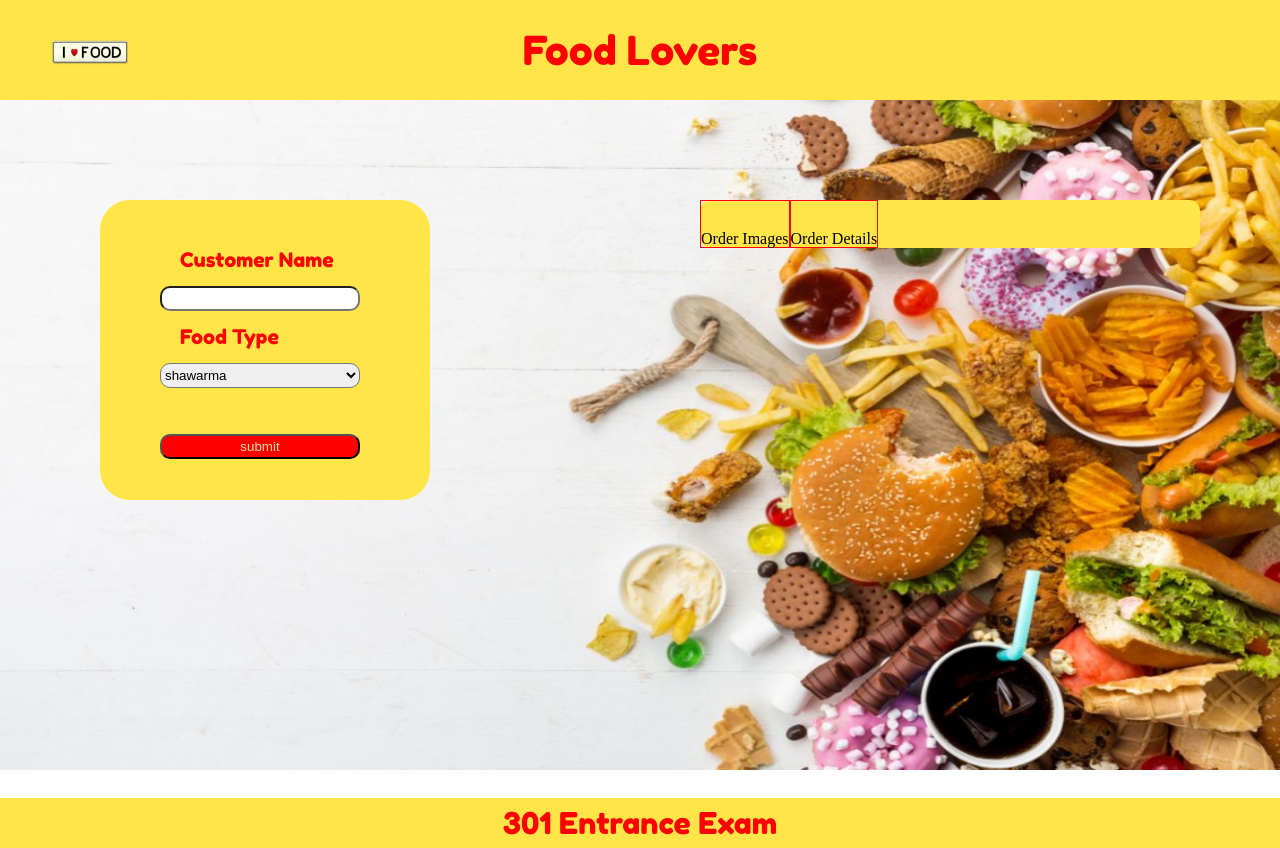
Repository: Razan-am/foodLovers
Page: index.html
The author's editor kept a copy of each file at every save. The page is drawn from the files as they stood at one save, then again after the next save.
The browser window is 1280 px wide. The pictures show the whole page.

Above is the page before, as saved 2021-06-01 11:24:36.

### index.html
<!DOCTYPE html>
<html lang="en">

<head>
    <meta charset="UTF-8">
    <meta http-equiv="X-UA-Compatible" content="IE=edge">
    <meta name="viewport" content="width=device-width, initial-scale=1.0">
    <title>Food Lovers</title>
    <link rel="preconnect" href="https://fonts.gstatic.com">
    <link href="https://fonts.googleapis.com/css2?family=Fredoka+One&display=swap" rel="stylesheet">
    <link rel="stylesheet" href="css/reset.css">
    <link rel="stylesheet" href="css/style.css">
</head>

<body>
    <header>
        <h1>Food Lovers</h1>
        <img src="images/css images/logo.png" alt="logo">
    </header>
    <main>
        <form action="" id="myForm">
            <fieldset>
                <label for="name">Customer Name</label>
                <br/><br/>
                <input type="text" id="name" name="name">
                <br/><br/>
                <label for="food">Food Type</label>
                <br/><br/>
                <select name="food" id="food">
                    <option value="shawarma">shawarma</option>
                    <option value="pizza">pizza</option>
                    <option value="burger">burger</option>
                </select>
                <br/><br/>
                <input type="submit" value="submit">
            </fieldset>
        </form>
        <table id="myTable">
            <tr>
                <th>Order Images</th>
                <th>Order Details</th>
            </tr>
        </table>
        <img src="images/css images/background.jpg" alt="backGround">
    </main>
    <footer>
        <p>301 Entrance Exam </p>
    </footer>
    <script src="js/app.js"></script>
</body>

</html>

### css/style.css
*{
    box-sizing: border-box;
}
header{
    background-color: rgba(255, 229, 72, 255);
    height: 100px;
}
h1{
    font-family: 'Fredoka One', cursive;
    color: red;
    text-align: center;
    font-size: 40px;
    font-weight: lighter;
    padding-top: 30px;
}

header img{
    top: 2px;
    left: 30px;
    position: absolute;
    width: 120px;
    height: 100px;
}
main img{
    top: 50px;
    position: absolute;
    z-index: -1;
    width: 100%;
    height: 100%;
}
form{
    display: inline-block;
    background-color:  rgba(255, 229, 72, 255);
    margin-top: 100px;
    margin-left: 100px;
    width: 330px;
    height: 300px;
    border-radius: 30px;
}
form label{
    top: 50px;
    position: relative;
    padding-left: 80px;
    font-size: 20px;
    color: red;
    font-family: 'Fredoka One', cursive;
}
form input{
    top: 50px;
    position: relative;
    margin-left: 60px;
    width: 200px;
    height: 25px;
    border-radius: 10px;
}
form select{
    top: 50px;
    position: relative;
    margin-left: 60px;
    width: 200px;
    height: 25px;
    border-radius: 10px;
    margin-bottom: 30px;
}
form input:last-of-type{
    background-color: red;
    color: wheat;
}
table{
    background-color: rgba(255, 229, 72, 255) ;
    top: -300px;
    position: relative;
    margin-left: 700px;
    width: 500px;
    border-radius: 10px;

}
table th{
    display: inline-block;
    padding-top: 30px;
    border: 1px solid red;
}
table img{
    width: 50px;
    height: 50px;
    z-index: 1;
}
table p{
    color: black;
    font-family: 'Fredoka One', cursive;
}
footer{
    background-color: rgba(255, 229, 72, 255);
    margin-top: 250px;
    height: 50px;
}
footer p{
    text-align: center;
    color: red;
    font-size: 30px;
    padding-top: 10px;
    font-family: 'Fredoka One', cursive;
}

### js/app.js
'use strict';

let myForm = document.getElementById('myForm');
let myTable = document.getElementById('myTable');


let mainArr = [];
function Foods(userName,foodType){
    this.userName=userName;
    this.foodType=foodType;
    this.img=`images/${foodType}.jpg`
    mainArr.push(this);
}
console.log(mainArr);

myForm.addEventListener('submit',handleEvent);
function handleEvent(event){
    event.preventDefault();

    let userName = event.target.name.value;
    let foodType = event.target.food.value;
    console.log(foodType);
    new Foods(userName,foodType);
    setting();
    render();
}

function randomNumber(min,max){
    min = Math.ceil(min);
    max = Math.floor(max);
    return Math.floor(Math.random() * (max - min) + min)
}

function render(){
    let tBody = document.createElement('tr');
    myTable.appendChild(tBody);

    for (let index = 0; index < mainArr.length; index++) {
        tBody.textContent='';

        let td1 = document.createElement('td');
        tBody.appendChild(td1);

        let imgEl = document.createElement('img');
        td1.appendChild(imgEl);
        imgEl.setAttribute('src', mainArr[index].img);

        let td2 = document.createElement('td');
        tBody.appendChild(td2);

        let pEl1 = document.createElement('p');
        td2.appendChild(pEl1);
        pEl1.textContent=`Customer Name:${mainArr[index].userName}`;
        let pEl2 = document.createElement('p');
        td2.appendChild(pEl2);
        pEl2.textContent=`Food Type:${mainArr[index].foodType}`;
        let pEl3 = document.createElement('p');
        td2.appendChild(pEl3);
        pEl3.textContent=`Food Price:${randomNumber(1,100)}`;


    }
}

function setting(){
    let data = JSON.stringify(mainArr);
    localStorage.setItem('information',data);
}

function getting(){
    let stringObj = localStorage.getItem('information');
    let normalObj = JSON.parse(stringObj);

    if(normalObj !== null){
        mainArr = normalObj;
    }
    render();
}
getting();

Loaded but not shown: css/reset.css (common file)

After the next save:
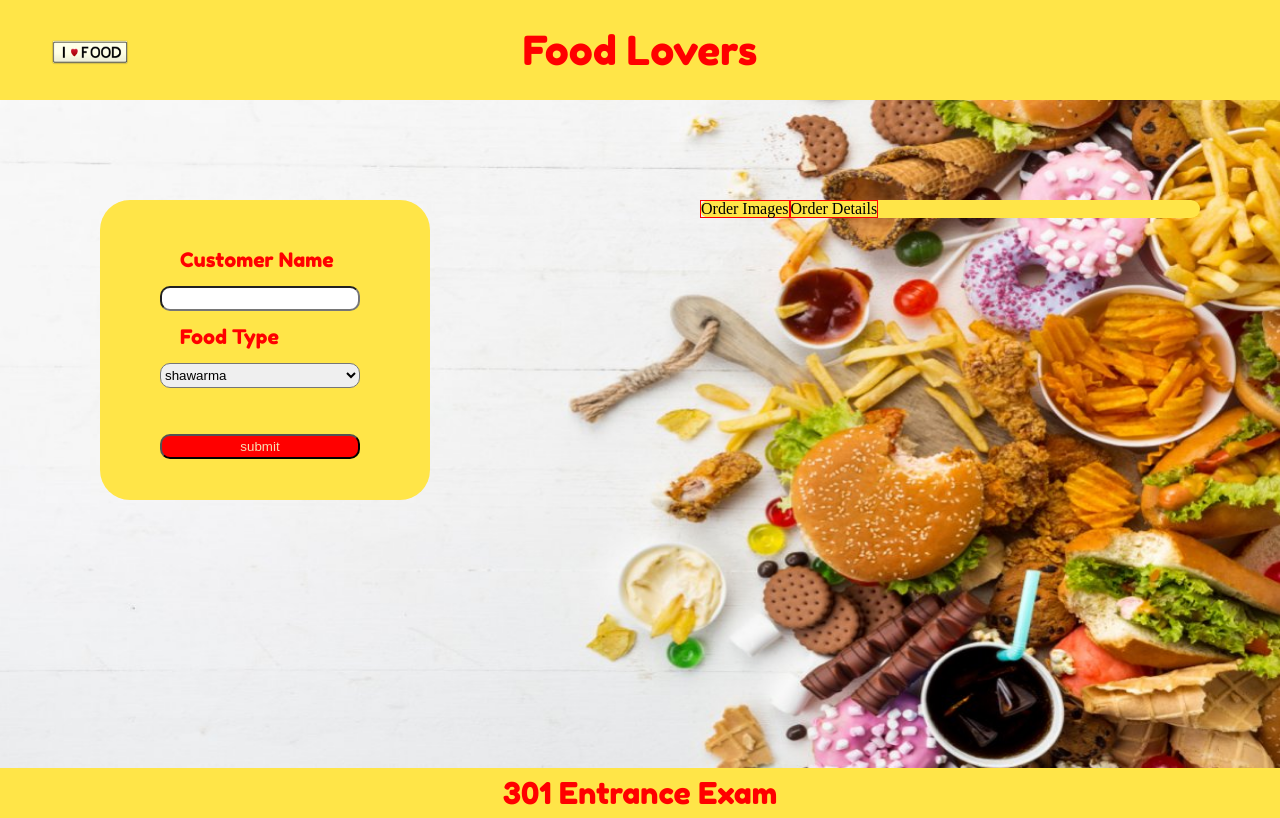
Saved 5 s later.
--- a/css/style.css
+++ b/css/style.css
@@ -77,7 +77,7 @@ table{
 }
 table th{
     display: inline-block;
-    padding-top: 30px;
+    /* padding-top: 30px; */
     border: 1px solid red;
 }
 table img{
